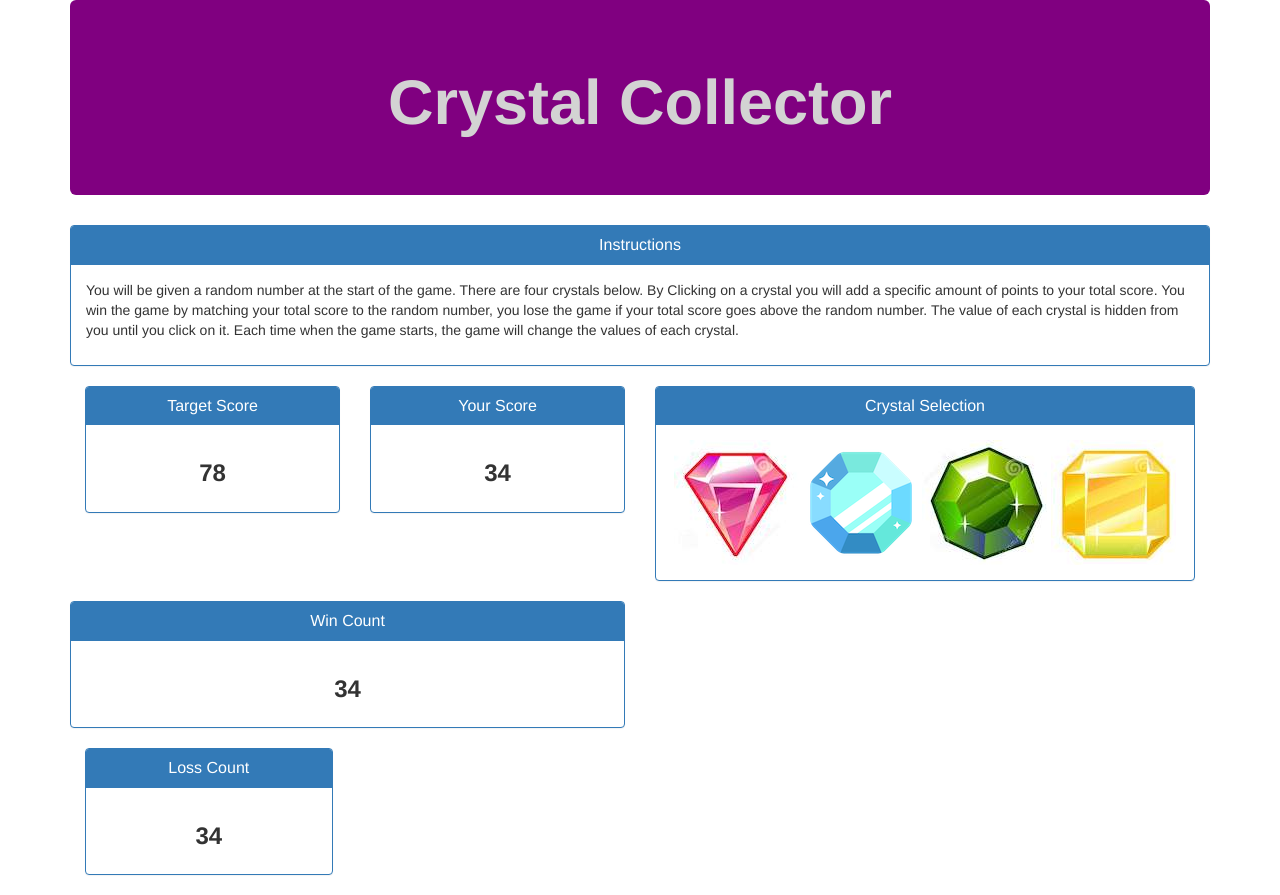
Repository: mikecherry1/week-4-game
Page: index.html
The author's editor kept a copy of each file at every save. The page is drawn from the files as they stood at one save, then again after the next save.
The browser window is 1280 px wide. The pictures show the whole page.

Above is the page before, as saved 2017-11-19 19:05:03.

After the next save:
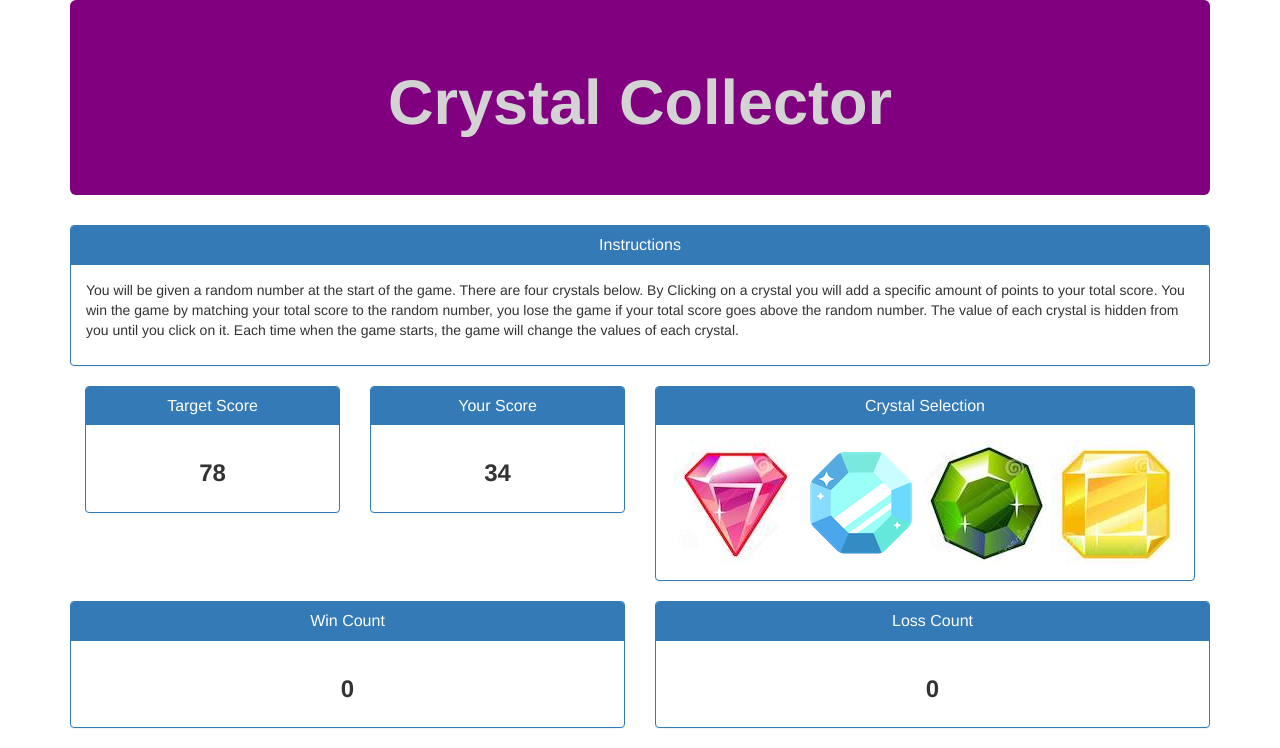
Saved 85 s later.
--- a/index.html
+++ b/index.html
@@ -83,10 +83,11 @@
                 </div>
                 <div class="panel-body">
                     <h3 class="text-center">
-                        <strong>34</strong>
+                        <strong>0</strong>
                     </h3>
                 </div>
             </div>
+        </div>
 
         <div class="col-lg-6">
             <div class="panel panel-primary">
@@ -95,14 +96,11 @@
                 </div>
                 <div class="panel-body">
                     <h3 class="text-center">
-                        <strong>34</strong>
+                        <strong>0</strong>
                     </h3>
                 </div>
             </div>
-
-    </div>
-
-    </div>
+        </div>
 
     </div>
   </body>
